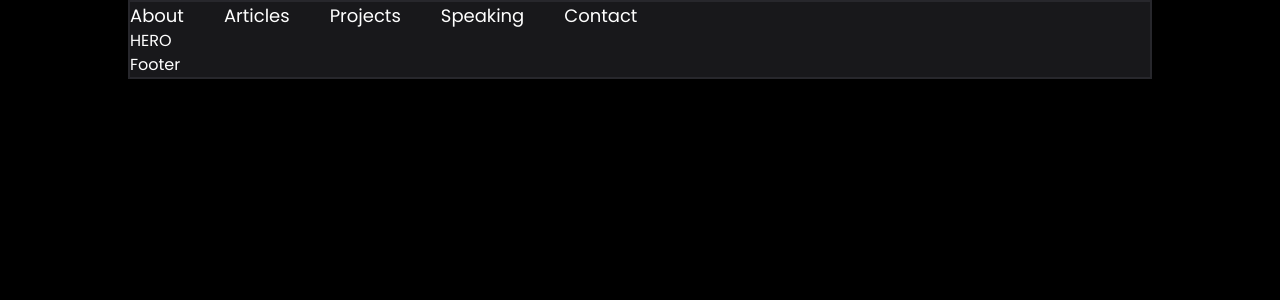
Repository: Wafaabahgat/Portfolio
Page: /
The author's editor kept a copy of each file at every save. The page is drawn from the files as they stood at one save, then again after the next save.
The browser window is 1280 px wide. The pictures show the whole page.
The project was rebuilt for these pictures with package versions that can differ from the ones it lists, and the page was loaded fresh each time. Also part of the build but not shown: vite.config.ts, src/App.css, src/ErrorPage.tsx.

Above is the page before, as saved 2023-12-07 02:54:29.

### index.html
<!DOCTYPE html>
<html lang="en">
  <head>
    <meta charset="UTF-8" />
    <link rel="icon" type="image/svg+xml" href="/vite.svg" />
    <meta name="viewport" content="width=device-width, initial-scale=1.0" />
    <link rel="preconnect" href="https://fonts.googleapis.com" />
    <link rel="preconnect" href="https://fonts.gstatic.com" crossorigin />
    <link
      href="https://fonts.googleapis.com/css2?family=Poppins:wght@200;300;400;500;600;700;800&display=swap"
      rel="stylesheet"
    />
    <title>My Portfilio</title>
  </head>
  <body>
    <div id="root"></div>
    <script type="module" src="/src/main.tsx"></script>
  </body>
</html>

### src/main.tsx
import { RouterProvider } from "react-router-dom";
import ReactDOM from "react-dom/client";
import "./index.css";
import router from "./App";

ReactDOM.createRoot(document.getElementById("root")!).render(
  <RouterProvider router={router} />
);

### src/index.css
@tailwind base;
@tailwind components;
@tailwind utilities;

* {
  font-family: "Poppins", sans-serif;
}

:root {
  --primary: #000;
  --secondary: rgb(24 24 27);
  --border: rgb(63, 63, 70, 0.4);
}
.light {
  --primary: #fff;
}

body {
  background-color: var(--primary);
  color: #fff;
}

html {
  /* max-width: 2000px; */
  margin: 0;
  padding: 0;
}

.container {
  width: 80%;
  margin-left: auto;
  margin-right: auto;
  background-color: var(--secondary);
  border: 2px solid var(--border);
}

.line {
  border: 1px solid var(--border);
  margin: 1rem 0;
}
.border-h {
  border: 2px solid red;
}

### src/App.tsx
import "./App.css";
import { createBrowserRouter } from "react-router-dom";
// import Root from "@pages/root";
import Root from "./pages/root";

import { Home } from "./pages/index";
import ErrorPage from "./ErrorPage";

const router = createBrowserRouter([
  {
    path: "/",
    element: <Root />,
    errorElement: <ErrorPage />,
    children: [
      {
        index: true,
        path: "/",
        element: <Home />,
      },
    ],
  },
]);

export default router;

### src/pages/root.tsx
import { Outlet } from "react-router-dom";
import Header from "../components/layouts/Header";
import Footer from "../components/layouts/Footer";

const Root = () => {
  return (
    <div className="container">
      <Header />
      <Outlet />
      <Footer />
    </div>
  );
};

export default Root;

### src/components/layouts/Header.tsx
import { FC } from "react";
import { useLocation, Link } from "react-router-dom";
import { cn } from "../../utils";

interface HeaderProps {}

const links = [
  {
    link: "/about",
    name: "about",
  },
  {
    link: "/articles",
    name: "articles",
  },
  {
    link: "/projects",
    name: "projects",
  },
  {
    link: "/speaking",
    name: "speaking",
  },
  {
    link: "/contact",
    name: "contact",
  },
];

const Header: FC<HeaderProps> = () => {
  const { pathname } = useLocation();

  return (
    <>
      <div className=".border-h">
        <nav className="flex gap-10">
          {links?.map((e, i) => (
            <Link
              key={i}
              to={e?.link}
              className={cn(
                pathname === e?.link
                  ? "text-main-light font-semibold"
                  : "text-white",
                "capitalize text-[18px] whitespace-nowrap"
              )}
            >
              {e?.name}
            </Link>
          ))}
        </nav>
      </div>
    </>
  );
};

export default Header;

### src/components/layouts/Footer.tsx
import { FC } from "react";

interface FooterProps {}

const Footer: FC<FooterProps> = () => {
  return (
    <>
      <div>Footer</div>
    </>
  );
};

export default Footer;

### src/pages/Home.tsx
import { FC } from "react";
import Hero from "../components/home/Hero";

interface HomeProps {}

const Home: FC<HomeProps> = () => {
  return (
    <>
      <div>
        <Hero />
      </div>
    </>
  );
};

export default Home;

### src/components/home/Hero.tsx
import { FC } from "react";

interface HeroProps {}

const Hero: FC<HeroProps> = () => {
  return (
    <>
      <div>HERO</div>
    </>
  );
};

export default Hero;

### tailwind.config.js
/** @type {import('tailwindcss').Config} */
export default {
  content: ["./index.html", "./src/**/*.{js,ts,jsx,tsx}"],
  darkMode: "class",
  theme: {
    extend: {
      colors: {
        main: "#252466",
        "main-light": "#3873FF",
        "sub-dark": "#252466",
        "main-dark": "#41427D",
        "text-color": "#FCFCFC",
        "text-gray": "#667085",
        "text-primary": "#9795B5",
      },
      // gridTemplateColumns: {
      //   prod: "repeat(auto-fit, minmax(130px, 1fr))",
      //   plog: "repeat(auto-fit, minmax(300px, 1fr))",
      // },
    },
  },
  plugins: [],
};

Loaded but not shown: src/pages/index.ts (common file); src/utils.ts (common file)

After the next save:
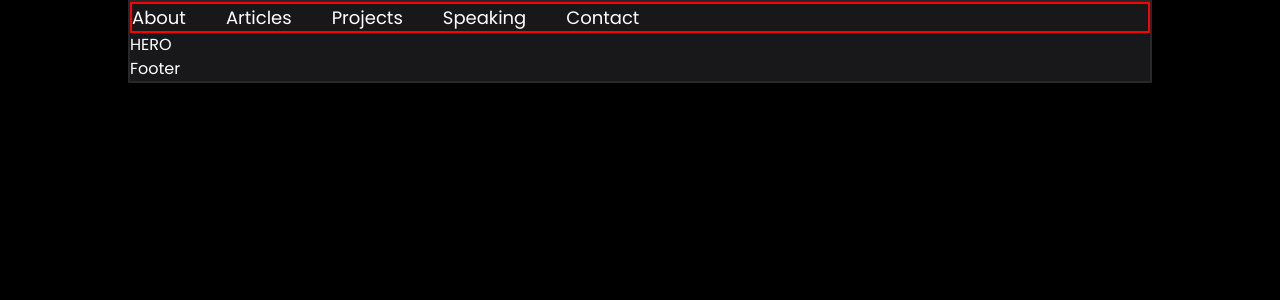
Saved 8 s later.
--- a/src/components/layouts/Header.tsx
+++ b/src/components/layouts/Header.tsx
@@ -32,7 +32,7 @@ const Header: FC<HeaderProps> = () => {
 
   return (
     <>
-      <div className=".border-h">
+      <div className="border-h">
         <nav className="flex gap-10">
           {links?.map((e, i) => (
             <Link
